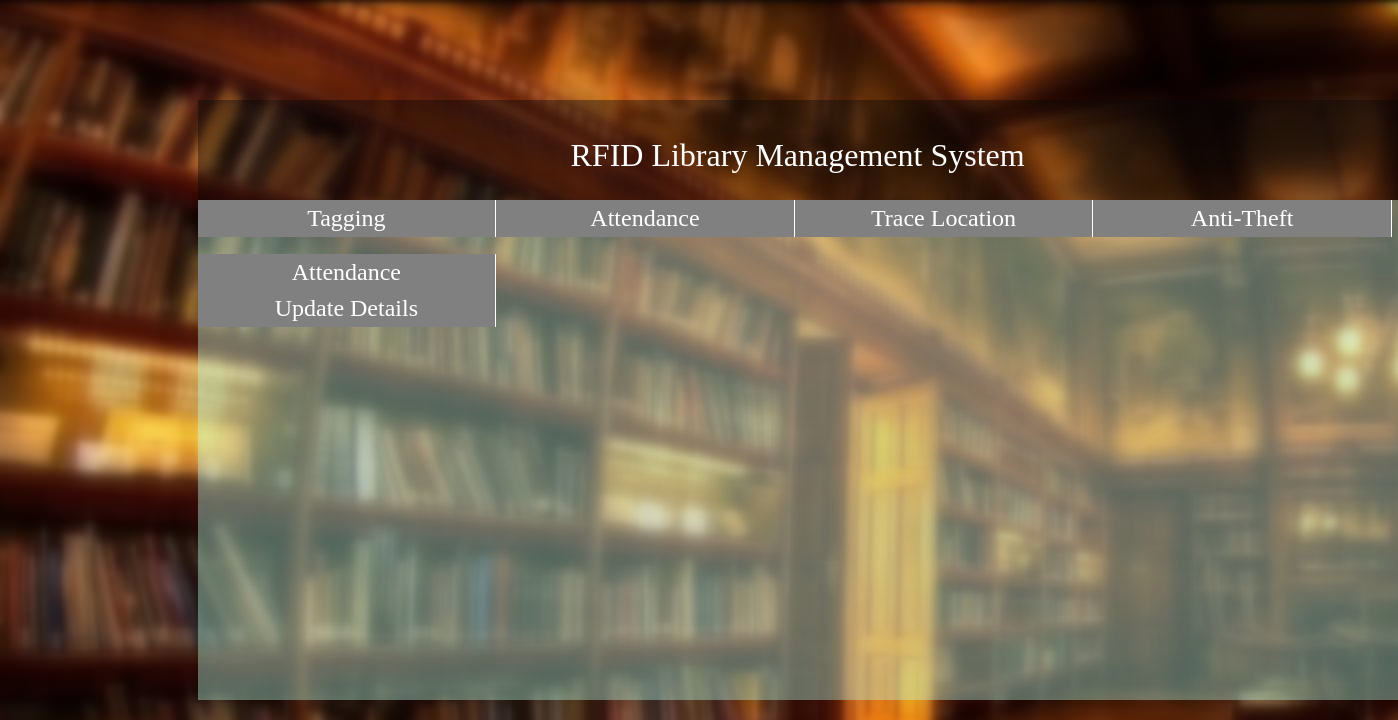
Repository: vigineshs/A-Smart-Data-Analyzer-for-Library-Management-System
Page: http://localhost/librarymgmt/attend.jsp
An editor plug-in stored every save of this project. The page is shown before and after the next save, followed by the edit.
The browser window is 1280 px wide. The page is 1398 px wide, so the pictures cover 1398 px, including what lies to the right of the window. The pictures show the whole page.
The page is served by Tomcat 9. Other server files are loaded and not shown.

Above is the page before, as saved 2013-02-11 14:40:25.

### PassiveRFID/CS203-Version 1.0.6/Demo Applications/Dot Net C#/Demo Applications Source Code/RFID/librarymgmt/WebContent/attend.jsp
<%@ page language="java" contentType="text/html; charset=ISO-8859-1"
    pageEncoding="ISO-8859-1"%>
<!DOCTYPE html PUBLIC "-//W3C//DTD HTML 4.01 Transitional//EN" "http://www.w3.org/TR/html4/loose.dtd">
<html>
<head>
<title>RFID | Library Management System</title>
<link rel="stylesheet" type="text/css" href="page.css ">

</head>
<body>
<div class="center">
<div id="container">
<div id="header"><br/>
RFID Library Management System
</div>
<div id="content">
<ul>
<li><a href="tag.jsp">Tagging</a></li>
<li><a href="attend.jsp">Attendance</a></li>
<li><a href="locate.jsp">Trace Location</a></li>
<li><a href="#">Anti-Theft</a></li>
</ul>
<br/><br/>
	<div id="lcon">
<a href="attendance.jsp">Attendance</a><br/>
<a href="updetails.jsp">Update Details</a><br/>
	</div>
	<div id="rcon">


	</div>
</div>
</div></div>
</body>
</html>

### PassiveRFID/CS203-Version 1.0.6/Demo Applications/Dot Net C#/Demo Applications Source Code/RFID/librarymgmt/WebContent/page.css
#container
{


width:1200px;
height:500px;
margin:0px;

}

ul
{

width:100%;
padding:0;
margin:0;
list-style-type:none;
}

a
{
float:left;
width:10.6em;
text-decoration:none;
text-align:center;
color:white;
background-color:grey;
padding:0.2em 0.9em;
border-right:1px solid white;
}

a:hover {background-color:white;
color:black;}

li {display:inline;}


.center
{
margin-left:auto;
margin-right:auto;
width:70%;
}

body
{
background-image:url('images/lib.jpg');
}

#header
{
background-image:url('images/header.png');
font-family:Monotype Corsiva;
font-size:32px;
color:white;
height:100px;
text-align:center;
float:center;
margin-top:100px;
}

#content
{
background-image:url('images/content.png');
width:1200px;
height:500px;
margin-left:0px;
overflow:hidden;
font-size:24px;
float:center;
}

#lcon
{
width:300px;
height:100%
overflow:hidden;
}

#rcon
{
width:700px;
height:100%
overflow:hidden;
margin-left:300px;
}

After the next save:
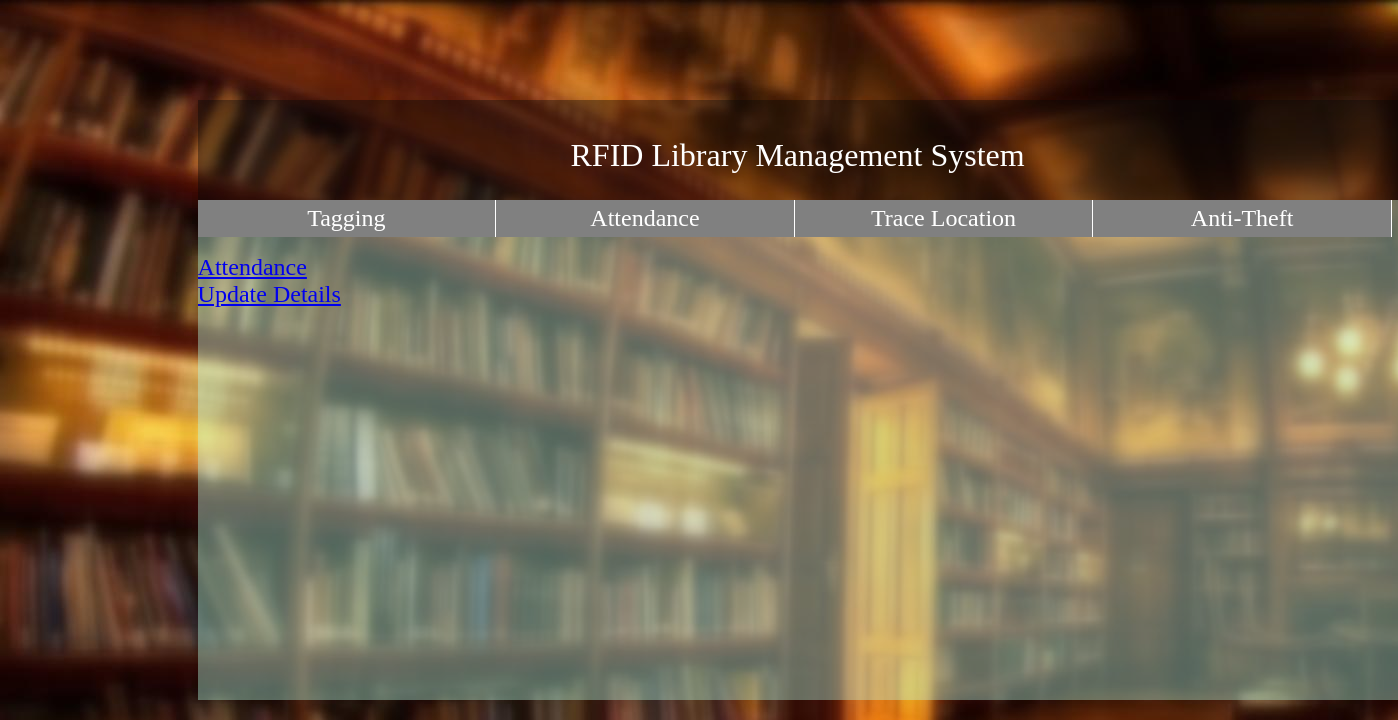
Saved 2 s later.
--- a/PassiveRFID/CS203-Version 1.0.6/Demo Applications/Dot Net C#/Demo Applications Source Code/RFID/librarymgmt/WebContent/page.css
+++ b/PassiveRFID/CS203-Version 1.0.6/Demo Applications/Dot Net C#/Demo Applications Source Code/RFID/librarymgmt/WebContent/page.css
@@ -17,7 +17,7 @@
 list-style-type:none;
 }
 
-a
+ul a
 {
 float:left;
 width:10.6em;

After the save that followed:
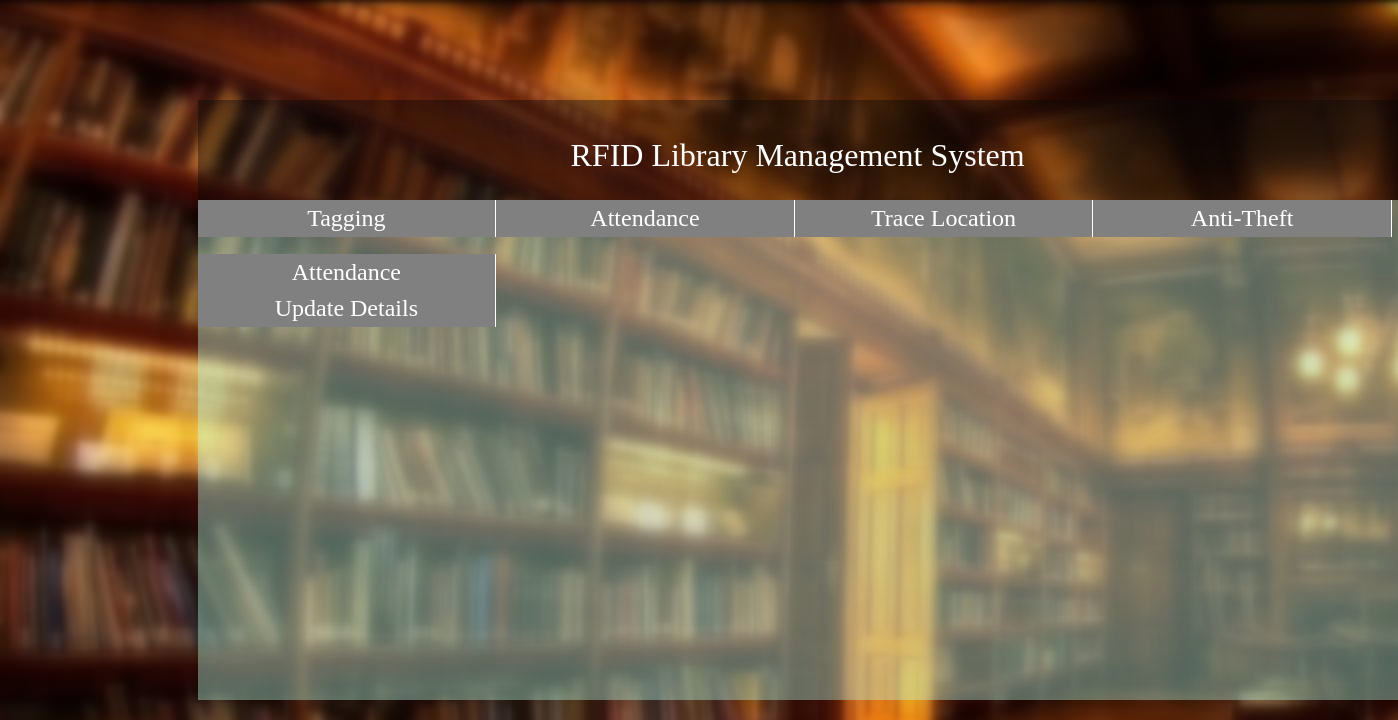
Saved 25 s later.
--- a/PassiveRFID/CS203-Version 1.0.6/Demo Applications/Dot Net C#/Demo Applications Source Code/RFID/librarymgmt/WebContent/page.css
+++ b/PassiveRFID/CS203-Version 1.0.6/Demo Applications/Dot Net C#/Demo Applications Source Code/RFID/librarymgmt/WebContent/page.css
@@ -18,6 +18,18 @@
 }
 
 ul a
+{
+float:left;
+width:10.6em;
+text-decoration:none;
+text-align:center;
+color:white;
+background-color:grey;
+padding:0.2em 0.9em;
+border-right:1px solid white;
+}
+
+a
 {
 float:left;
 width:10.6em;
